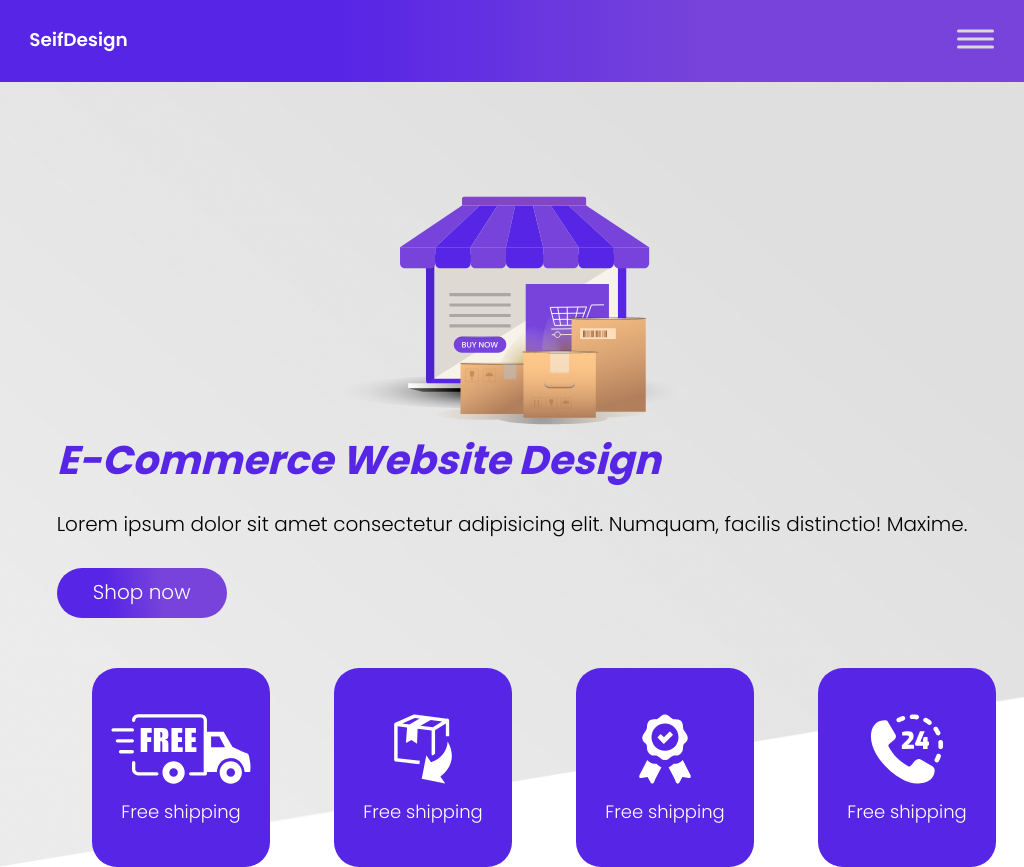
Repository: simralgasimov/newpage
Page: index.html
The author's editor kept a copy of each file at every save. The page is drawn from the files as they stood at one save, then again after the next save.
The browser window is 1024 px wide. The pictures show the whole page.
The style sheet was rebuilt from its Sass, Less or Tailwind sources for each picture, by a compiler version that may differ from the author's.

Above is the page before, as saved 2023-12-13 15:14:32.
Not found: index.js

### index.html
<!DOCTYPE html>
<html lang="en">
  <head>
    <meta charset="UTF-8" />
    <meta name="viewport" content="width=device-width, initial-scale=1.0" />
    <title>Document</title>
    <link rel="stylesheet" href="./reset.css" />
    <link rel="stylesheet" href="./index.css" />
  </head>
  <body>
    <div class="container">
      <nav>
        <!-- <div class="logo"> -->
          <img class="logo-img" src=".//image/SeifDesign.svg" alt="" />
        <!-- </div> -->
        <ul>
          <li><a href="#">Product</a></li>
          <li><a href="#">Pricing</a></li>
          <li><a href="#">Contact</a></li>
        </ul>
        <div class="burgerMenu">
          <img src="./image/Frame 1.svg" alt="" />
        </div>
      </nav>
      <div class="box-container">
        <div class="box-1">
          <div class="text-container">
            <h1>E-Commerce Website Design</h1>
            <p>
              Lorem ipsum dolor sit amet consectetur adipisicing elit. Numquam,
              facilis distinctio! Maxime.
            </p>
            <button><a href="#">Shop now</a></button>
          </div>

            <img class="house-img" src=".//image/Group (1).svg" alt="" />

        </div>

          <ul>
            <li>
              <img src="./image/Group (2).svg" alt="" />
              <p>Free shipping</p>
            </li>

            <li>
              <img src="./image/Vector (1).svg" alt="" />
              <p>Free shipping</p>
            </li>
            <li>
              <img src="./image/Group (3).svg" alt="" />
              <p>Free shipping</p>
            </li>
            <li>
              <img src="./image/Vector (2).svg" alt="" />
              <p>Free shipping</p>
            </li>
          </ul>
        </div>

    </div>

  </body>
  <script src="./index.js"></script>
</html>

### index.scss
@import url("https://fonts.googleapis.com/css2?family=Poppins:wght@300;700&display=swap");
* {
  margin: 0;
  padding: 0;
  box-sizing: border-box;
}
.container {
  background-image: url("./image/Rectangle\ 3.png");
  background-repeat: no-repeat;
  background-size: 100% 100%;
  min-height: 100vh;
  width: 100%;
  nav {
    display: flex;
    align-items: center;
    background: linear-gradient(270deg, #7743db 31.64%, #5725e5 66.78%);
    padding: 20px 30px;
    @media screen and (max-width: 1024px) {
      justify-content: space-between;
    }
    .burgerMenu {
      display: none;
      @media screen and (max-width: 1024px) {
        display: block;
      }
    }
    .logo-img {
      width: 139px;
      height: 39px;
      @media screen and (max-width: 1024px) {
        width: 97px;
        height: 27px;
      }
    }

    ul {
        display: flex;
        /* margin-left: 200px; */
      @media screen and (max-width: 1024px) {
        display: none;
      }


      li {
        margin-left: 73px;
        list-style-type: none;
        a {
          text-decoration: none;
          width: 98px;
          height: 30px;
          color: #fff;
          text-align: center;
          font-family: Poppins;
          font-size: 24px;
          font-style: normal;
          font-weight: 300;
          line-height: normal;
        }
      }
    }
  }
}
.box-container {
  .box-1 {
    padding: 98px 164px 43px 83px;
    display: flex;
    justify-content: center;
    @media screen and (max-width: 1024px) {
padding: 0;
padding-top: 100px;
flex-direction: column-reverse;
align-items: center;   }
    .text-container {
      h1 {
        margin-bottom: 32px;
        width: 608px;
        font-family: Poppins;
        font-size: 68px;
        font-style: italic;
        font-weight: 700;
        line-height: 109%; /* 74.12px */
        color: #5725e5;
        @media screen and (max-width: 1024px) {
        font-size: 40px;
        width: 100%;
        text-align: a;
        }

      }
      p {
        width: 608px;
        color: #000;
        font-family: Poppins;
        font-size: 26px;
        font-style: normal;
        font-weight: 300;
        line-height: 109%;
        @media screen and (max-width: 1024px) {
        font-size: 20px;
        width: 100%;
        }
      }
      button {
        border: none;
        margin-top: 32px;
        display: flex;
        width: 170px;
        height: 50px;
        display: flex;
        justify-content: center;
        align-items: center;
        border-radius: 25px;
        background: linear-gradient(263deg, #7743db 38.81%, #5725e5 70.24%);

        @media screen and (max-width: 1024px) {
            width: 170px;
            height: 50px;
        }
        a {
          text-decoration: none;
          color: #fff;
          font-family: Poppins;
          font-size: 20px;
          font-style: normal;
          font-weight: 400;
          line-height: 109%; /* 21.8px */
          @media screen and (max-width: 1024px) {
        font-size: 20px;
        }
        }
      }
    }

    .house-img {
      width: 677.61px;
      height: 437.417px;
      @media screen and (max-width: 1024px) {
      width: 352px;
height: 256.511px;}
    }
  }

  ul {
    display: flex;
    justify-content: center;

    li {
      margin-left: 64px;
      margin-top: 50px;
      display: flex;
      width: 178px;
      height: 199px;
      padding: 10px;
      flex-direction: column;
      justify-content: center;
      align-items: center;
      gap: 18px;
      border-radius: 25px;
      background: #5725e5;
      img {
        width: 139.997px;
        height: 70px;
      }
      p {
        color: #fff;
        text-align: center;
        font-family: Poppins;
        font-size: 18px;
        font-style: normal;
        font-weight: 400;
        line-height: 109%; /* 19.62px */
      }
    }
  }
}

Loaded but not shown: reset.css (common file)

After the next save:
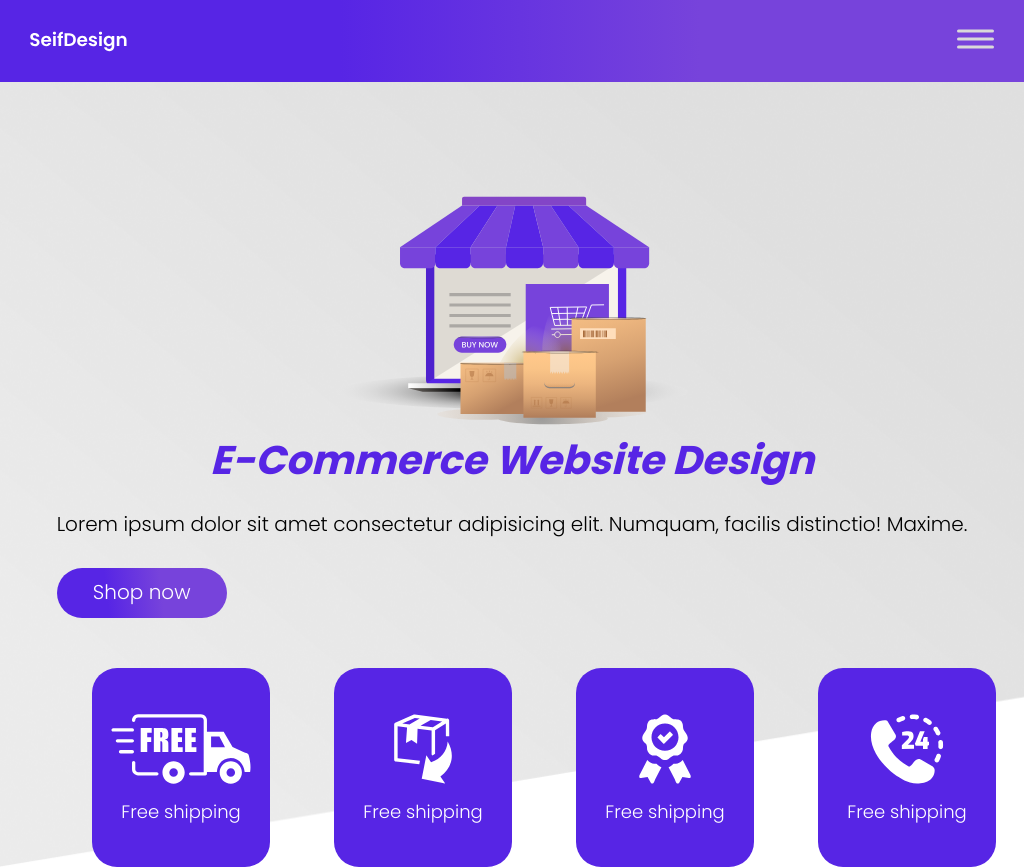
Saved 4 s later.
--- a/index.scss
+++ b/index.scss
@@ -83,7 +83,7 @@ align-items: center;   }
         @media screen and (max-width: 1024px) {
         font-size: 40px;
         width: 100%;
-        text-align: a;
+        text-align: center;
         }
 
       }
